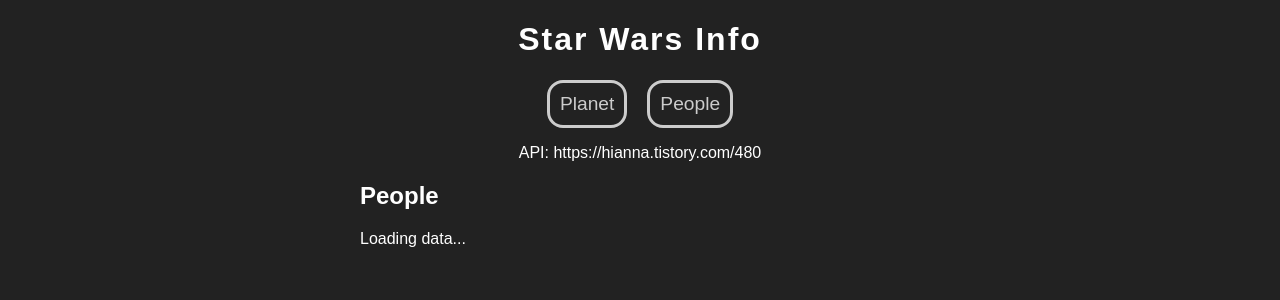
Repository: mireu-san/jikan-react-query
Page: /
These files come from the project's save history. The page is drawn as it stood at one moment and after the next save; the edit follows.
The browser window is 1280 px wide. The pictures show the whole page.
The page's requests for data from a server got no answer. The project was rebuilt for these pictures with package versions that can differ from the ones it lists, and the page was loaded fresh each time. No one was signed in, and anything a server would have sent is missing. Also part of the build but not shown: src/components/Planet.js, src/components/Planets.js, src/components/Person.js.

Above is the page before, as saved 2022-11-29 21:08:47.

After the next save:
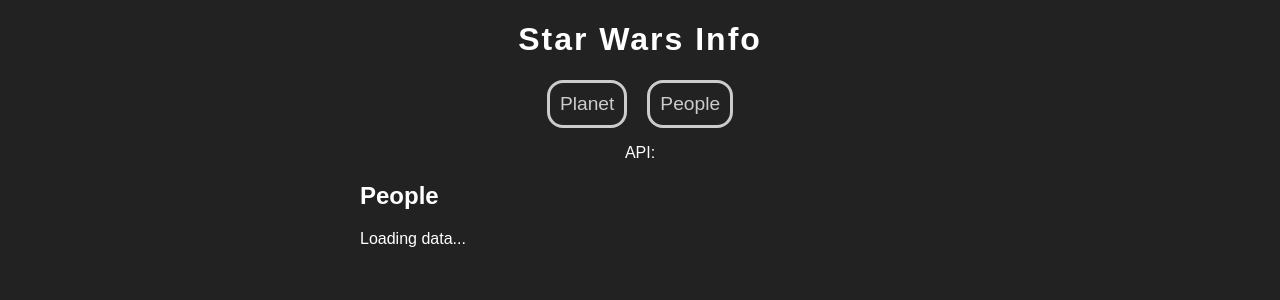
Saved 55 s later.
--- a/src/App.js
+++ b/src/App.js
@@ -11,7 +11,9 @@
     <div className="App">
       <h1>Star Wars Info</h1>
       <Navbar setPage={setPage} />
-      <span>API: https://hianna.tistory.com/480</span>
+      <span>
+        API: <a href="http://swapi.dev/api/people/"> </a>
+      </span>
       <div className="content">
         {page === "planets" ? <Planets /> : <People />}
       </div>
